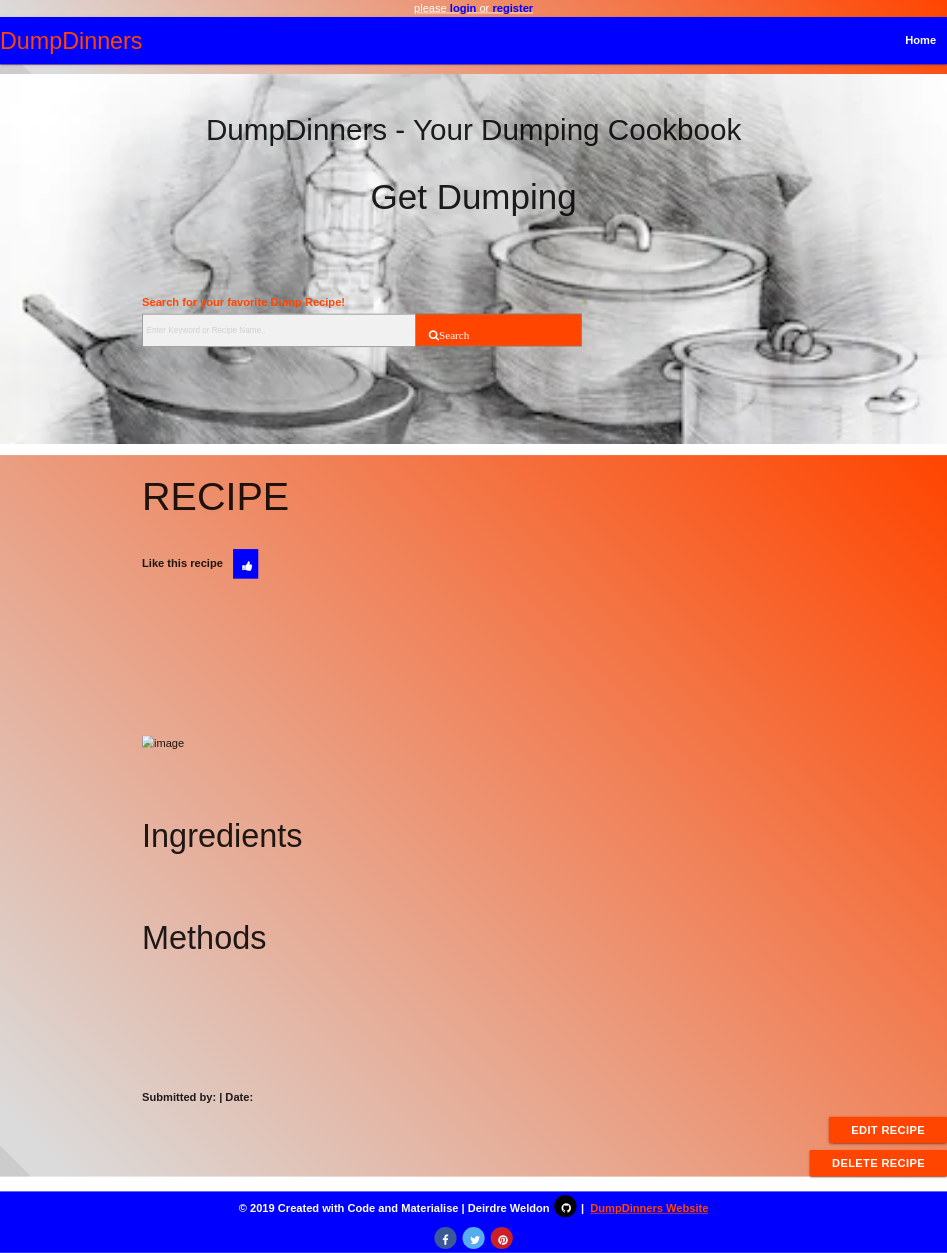
Repository: Deirdre18/dumpdinners-recipe-app
Page: templates/recipe.html
The author's editor kept a record of every edit. The page is drawn from the files as they stood at one moment, then again after the next edit.
The browser window is 1280 px wide. The pictures show the whole page, at 74% of full size.
Some web libraries are served in a nearby version. The page is served by the project's application, run on Flask 3 (app.py). The template is opened directly, without the code that normally fills it, so the values that code supplies are empty.

Above is the page before.

After the next edit:
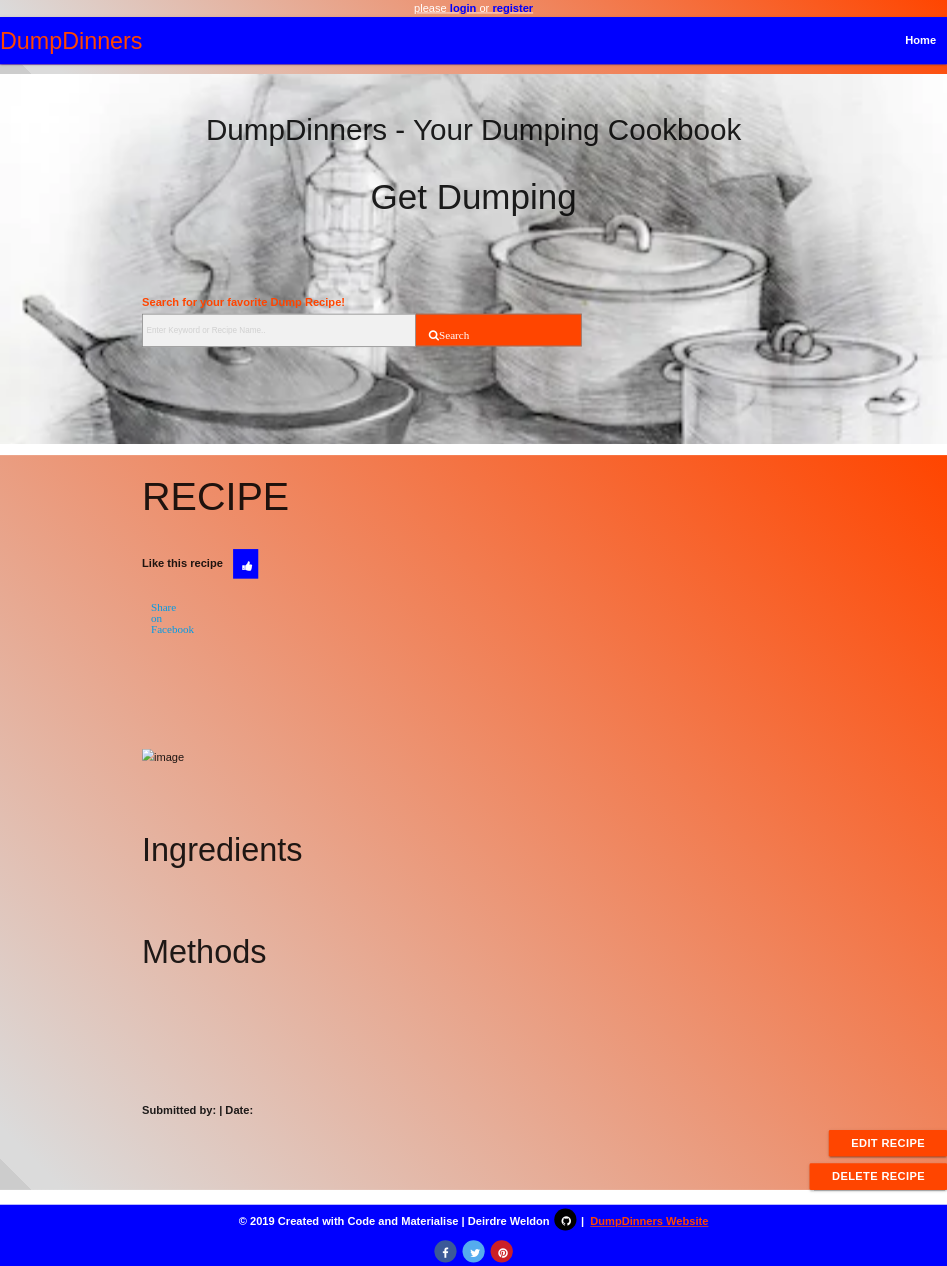
The edit:
--- a/templates/recipe.html
+++ b/templates/recipe.html
@@ -35,7 +35,7 @@
 
 			<ul>
 				<li>
-					<a href="https://www.facebook.com/sharer/sharer.php?u="><i class="fa facebook" aria-hidden="true"></i></a>
+					<a href="https://www.facebook.com/sharer/sharer.php?u="><i class="fa facebook" aria-hidden="true">Share on Facebook</i></a>
 				</li>
 
 				<li>
